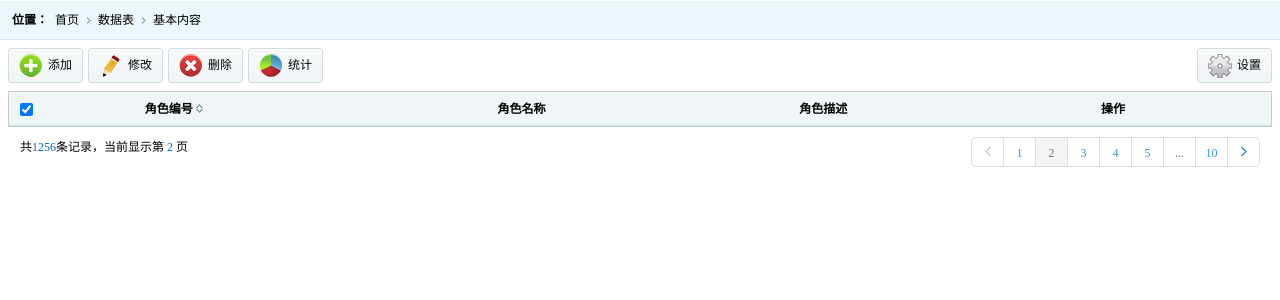
Repository: kyrieqing1/logistics
Page: http://localhost/logistics-manager-web/WEB-INF/jsp/user/user.jsp
An editor plug-in stored every save of this project. The page is shown before and after the next save, followed by the edit.
The browser window is 1280 px wide. The pictures show the whole page.
The page is served by Tomcat 9. Nobody is signed in. Other server files are loaded and not shown. The template is opened directly, without the code that normally fills it, so the values that code supplies are empty.

Above is the page before, as saved 2019-06-21 12:21:28.

### logistics-parent/logistics-manager/logistics-manager-web/src/main/webapp/WEB-INF/jsp/user/user.jsp
<%@ page language="java" contentType="text/html; charset=UTF-8"
    pageEncoding="UTF-8"%>
<%@ taglib uri="http://java.sun.com/jsp/jstl/core" prefix="c"%>
<!DOCTYPE html PUBLIC "-//W3C//DTD HTML 4.01 Transitional//EN" "http://www.w3.org/TR/html4/loose.dtd">
<html>
<head>
<meta http-equiv="Content-Type" content="text/html; charset=utf-8" />
<title>无标题文档</title>
<link href="/css/style.css" rel="stylesheet" type="text/css" />
<script type="text/javascript" src="/js/jquery.js"></script>

<script type="text/javascript">
$(document).ready(function(){
  $(".click").click(function(){
  $(".tip").fadeIn(200);
  });

  $(".tiptop a").click(function(){
  $(".tip").fadeOut(200);
});

  $(".sure").click(function(){
  $(".tip").fadeOut(100);
});

  $(".cancel").click(function(){
  $(".tip").fadeOut(100);
});

});
</script>


</head>


<body>

	<div class="place">
    <span>位置：</span>
    <ul class="placeul">
    <li><a href="#">首页</a></li>
    <li><a href="#">数据表</a></li>
    <li><a href="#">基本内容</a></li>
    </ul>
    </div>

    <div class="rightinfo">

    <div class="tools">

    	<ul class="toolbar">
        <li class="click"><span><img src="/images/t01.png" /></span>添加</li>
        <li class="click"><span><img src="/images/t02.png" /></span>修改</li>
        <li><span><img src="/images/t03.png" /></span>删除</li>
        <li><span><img src="/images/t04.png" /></span>统计</li>
        </ul>


        <ul class="toolbar1">
        <li><span><img src="/images/t05.png" /></span>设置</li>
        </ul>

    </div>


    <table class="tablelist">
    	<thead>
    	<tr>
        <th><input name="" type="checkbox" value="" checked="checked"/></th>
        <th>角色编号<i class="sort"><img src="/images/px.gif" /></i></th>
        <th>角色名称</th>
        <th>角色描述</th>
        <th>操作</th>
        </tr>
        </thead>
        <tbody>
        <c:forEach items="${list}" var="role">

        <tr>
        <td><input name="" type="checkbox" value="" /></td>
        <td>${role.roleId}</td>
        <td>${role.roleName}</td>
        <td>${role.roleDesc}</td>

        <td><a href="#" class="tablelink">查看</a>     <a href="#" class="tablelink"> 删除</a></td>
        </tr>
        </c:forEach>
        </tbody>
    </table>


    <div class="pagin">
    	<div class="message">共<i class="blue">1256</i>条记录，当前显示第&nbsp;<i class="blue">2&nbsp;</i>页</div>
        <ul class="paginList">
        <li class="paginItem"><a href="javascript:;"><span class="pagepre"></span></a></li>
        <li class="paginItem"><a href="javascript:;">1</a></li>
        <li class="paginItem current"><a href="javascript:;">2</a></li>
        <li class="paginItem"><a href="javascript:;">3</a></li>
        <li class="paginItem"><a href="javascript:;">4</a></li>
        <li class="paginItem"><a href="javascript:;">5</a></li>
        <li class="paginItem more"><a href="javascript:;">...</a></li>
        <li class="paginItem"><a href="javascript:;">10</a></li>
        <li class="paginItem"><a href="javascript:;"><span class="pagenxt"></span></a></li>
        </ul>
    </div>


    <div class="tip">
    	<div class="tiptop"><span>提示信息</span><a></a></div>

      <div class="tipinfo">
        <span><img src="/images/ticon.png" /></span>
        <div class="tipright">
        <p>是否确认对信息的修改 ？</p>
        <cite>如果是请点击确定按钮 ，否则请点取消。</cite>
        </div>
        </div>

        <div class="tipbtn">
        <input name="" type="button"  class="sure" value="确定" />&nbsp;
        <input name="" type="button"  class="cancel" value="取消" />
        </div>

    </div>




    </div>

    <script type="text/javascript">
	$('.tablelist tbody tr:odd').addClass('odd');
	</script>

<div style="display:none"><script src='http://v7.cnzz.com/stat.php?id=155540&web_id=155540' language='JavaScript' charset='gb2312'></script></div>
</body>
</html>

### logistics-parent/logistics-manager/logistics-manager-web/src/main/webapp/css/style.css
@charset "utf-8";
/* CSS Document */
/***
 * uimaker
 * http://www.uimaker.com
 * e-mail: admin@uimaker.com
 */
*{font-size:9pt;border:0;margin:0;padding:0;}
body{font-family:'微软雅黑'; margin:0 auto;min-width:980px;}
ul{display:block;margin:0;padding:0;list-style:none;}
li{display:block;margin:0;padding:0;list-style: none;}
img{border:0;}
dl,dt,dd,span{margin:0;padding:0;display:block;}
a,a:focus{text-decoration:none;color:#000;outline:none;blr:expression(this.onFocus=this.blur());}
a:hover{color:#00a4ac;text-decoration:none;}
table{border-collapse:collapse;border-spacing: 0;}
cite{font-style:normal;}
h2{font-weight:normal;}

/*cloud*/

#mainBody {width:100%;height:100%;position:absolute;z-index:-1;}
.cloud {position:absolute;top:0px;left:0px;width:100%;height:100%;background:url(../images/cloud.png) no-repeat;z-index:1;opacity:0.5;}
#cloud2 {z-index:2;}


/*login*/
.logintop{height:47px; position:absolute; top:0; background:url(../images/loginbg1.png) repeat-x;z-index:100; width:100%;}
.logintop span{color:#fff; line-height:47px; background:url(../images/loginsj.png) no-repeat 21px 18px; text-indent:44px; color:#afc5d2; float:left;}
.logintop ul{float:right; padding-right:30px;}
.logintop ul li{float:left; margin-left:20px; line-height:47px;}
.logintop ul li a{color:#afc5d2;}
.logintop ul li a:hover{color:#fff;}
.loginbody{background:url(../images/loginbg3.png) no-repeat center center; width:100%; height:585px; overflow:hidden; position:absolute; top:47px;}
.systemlogo{background:url(../images/loginlogo.png) no-repeat center;width:100%; height:71px; margin-top:75px;}
.loginbox{width:692px; height:336px; background:url(../images/logininfo.png) no-repeat; margin-top:30px;}
.loginbox ul{margin-top:88px; margin-left:285px;}
.loginbox ul li{margin-bottom:25px;}
.loginbox ul li label{color:#687f92; padding-left:25px;}
.loginbox ul li label a{color:#687f92;}
.loginbox ul li label a:hover{color:#3d96c9;}
.loginbox ul li label input{margin-right:5px;}
.loginuser{width:299px; height:48px; background:url(../images/loginuser.png) no-repeat; border:none; line-height:48px; padding-left:44px; font-size:14px; font-weight:bold;}
.loginpwd{width:299px; height:48px; background:url(../images/loginpassword.png) no-repeat; border:none;line-height:48px; padding-left:44px; font-size:14px; color:#90a2bc;}
.loginbtn{width:111px;height:35px; background:url(../images/buttonbg.png) repeat-x; font-size:14px; font-weight:bold; color:#fff;cursor:pointer; line-height:35px;}
.loginbm{height:50px; line-height:50px; text-align:center; background:url(../images/loginbg2.png) repeat-x;position:absolute; bottom:0; width:100%; color:#0b3a58;}
.loginbm a{font-weight:bold;color:#0b3a58;}
.loginbm a:hover{color:#fff;}


/*top.html*/
.header{height:88px;}
.topleft{height:88px;background:url(../images/topleft.jpg) no-repeat;float:left; width:300px;}
.topleft img{margin-top:12px;margin-left:10px;}
.topright{height:88px;background:url(../images/topright.jpg) no-repeat right;float:right;}
.nav{float:left;}
.nav li{float:left;width:87px;height:88px; text-align:center;}
.nav li a{display:block;width:87px;height:88px;-moz-transition: none; transition: background-color 0.3s linear; -moz-transition: background-color 0.3s linear; -webkit-transition: background-color 0.3s linear; -o-transition: background-color 0.3s linear; }
.nav li a.selected{background:url(../images/navbg.png) no-repeat;}
.nav li a:hover{display:block;background:#000;color:#fff;background: none repeat scroll 0% 0% rgb(43, 127, 181);}
.nav li img{margin-top:10px;}
.nav li a{display:block;}
.nav a h2{font-size:14px;color:#d6e8f1;}
.nav a:hover h2{color:#fff;}
.topright ul{padding-top:15px; float:right; padding-right:12px;}
.topright ul li{float:left; padding-left:9px; padding-right:9px; background:url(../images/line.gif) no-repeat right;}
.topright ul li:last-child{background:none;}
.topright ul li a{font-size:13px; color:#e9f2f7;}
.topright ul li a:hover{color:#fff;}
.topright ul li span{margin-top:2px;float:left;padding-right:3px;}
.user{height:30px;background:url(../images/ub1.png) repeat-x;clear:both;margin-top:10px;float:right; margin-right:12px;border-radius:30px; behavior:url(js/pie.htc); white-space:nowrap;position:relative;}
.user span{display:inline-block;padding-right:10px; background:url(../images/user.png) no-repeat 15px 10px; line-height:30px; font-size:14px;color:#b8ceda; padding-left:20px; padding-left:35px;}
.user b{display:inline-block;width:20px;height:18px; background:url(../images/msg.png);text-align:center; font-weight:normal; color:#fff;font-size:14px;margin-right:13px; margin-top:7px; line-height:18px;}
.user i{display:inline-block;margin-right:5px;font-style:normal;line-height:30px; font-size:14px;color:#b8ceda;}

/*left.html*/
.lefttop{background:url(../images/lefttop.gif) repeat-x;height:40px;color:#fff;font-size:14px;line-height:40px;}
.lefttop span{margin-left:8px; margin-top:10px;margin-right:8px; background:url(../images/leftico.png) no-repeat; width:20px; height:21px;float:left;}
.leftmenu{width:187px;padding-bottom: 9999px;margin-bottom: -9999px; overflow:hidden; background:url(../images/leftline.gif) repeat-y right;}
.leftmenu dd{background:url(../images/leftmenubg.gif) repeat-x;line-height:35px;font-weight:bold;font-size:14px;border-right:solid 1px #b7d5df;}
.leftmenu dd span{float:left;margin:10px 8px 0 12px;}
.leftmenu dd .menuson{display:none;}
.leftmenu dd:first-child .menuson{display:block;}
.menuson {line-height:30px; font-weight:normal; }
.menuson li{cursor:pointer;}
.menuson li.active{position:relative; background:url(../images/libg.png) repeat-x; line-height:30px; color:#fff;}
.menuson li cite{display:block; float:left; margin-left:32px; background:url(../images/list.gif) no-repeat; width:16px; height:16px; margin-top:7px;}
.menuson li.active cite{background:url(../images/list1.gif) no-repeat;}
.menuson li.active i{display:block; background:url(../images/sj.png) no-repeat; width:6px; height:11px; position:absolute; right:0;z-index:10000; top:9px; right:-1px;}
.menuson li a{ display:block; *display:inline; *padding-top:5px;}
.menuson li.active a{color:#fff;}
.title{cursor:pointer;}


/*right.html*/
.place{height:40px; background:url(../images/righttop.gif) repeat-x;}
.place span{line-height:40px; font-weight:bold;float:left; margin-left:12px;}
.placeul li{float:left; line-height:40px; padding-left:7px; padding-right:12px; background:url(../images/rlist.gif) no-repeat right;}
.placeul li:last-child{background:none;}
.rightinfo{padding:8px;}
.tools{clear:both; height:35px; margin-bottom:8px;}
.toolbar{float:left;}
.toolbar li{background:url(../images/toolbg.gif) repeat-x; line-height:33px; height:33px; border:solid 1px #d3dbde; float:left; padding-right:10px; margin-right:5px;border-radius: 3px; behavior:url(js/pie.htc); cursor:pointer;}
.toolbar li span{float:left; margin-left:10px; margin-right:5px; margin-top:5px;}
.toolbar1{float:right;}
.toolbar1 li{background:url(../images/toolbg.gif) repeat-x; line-height:33px; height:33px; border:solid 1px #d3dbde; float:left; padding-right:10px; margin-left:5px;border-radius: 3px; behavior:url(js/pie.htc);}
.toolbar1 li span{float:left; margin-left:10px; margin-right:5px; margin-top:5px;}
.tablelist{border:solid 1px #cbcbcb; width:100%; clear:both;}
.tablelist th{background:url(../images/th.gif) repeat-x; height:34px; line-height:34px; border-bottom:solid 1px #b6cad2; text-indent:11px; text-align:left;}
.tablelist td{line-height:35px; text-indent:11px; border-right: dotted 1px #c7c7c7;}
.tablelink{color:#056dae;}
.tablelist tbody tr.odd{background:#f5f8fa;}
.tablelist tbody tr:hover{background:#e5ebee;}
.sort{padding-left:3px;}

/*page*/
.pagin{position:relative;margin-top:10px;padding:0 12px;}
.pagin .blue{color:#056dae;font-style:normal;}
.pagin .paginList{position:absolute;right:12px;top:0;}
.pagin .paginList .paginItem{float:left;}
.pagin .paginList .paginItem a{float:left;width:31px;height:28px;border:1px solid #DDD; text-align:center;line-height:30px;border-left:none;color:#3399d5;}
.pagin .paginList .paginItem:first-child a{border-left:1px solid #DDD;}
.pagin .paginList .paginItem:first-child a{border-bottom-left-radius:5px;border-top-left-radius:5px;}
.pagin .paginList .paginItem:last-child a{border-bottom-right-radius:5px;border-top-right-radius:5px;}
.pagin .paginList .paginItem.current,.pagin .paginList .paginItem.current a{background:#f5f5f5; cursor:default;color:#737373;}
.pagin .paginList .paginItem:hover{background:#f5f5f5;}
.pagin .paginList .paginItem.more,.pagin .paginList .paginItem.more a:hover{ cursor:default;}
.pagin .paginList .paginItem.more:hover{background:#FFF;}
.pagin .paginList .paginItem.more a{color:#737373;}
.pagepre{background:url(../images/pre.gif) no-repeat center center; width:31px; height:28px;}
.pagenxt{background:url(../images/next.gif) no-repeat center center; width:31px; height:28px;}

/*index*/
.mainindex{padding:20px; overflow:hidden;}
.welinfo{height:32px; line-height:32px; padding-bottom:8px;}
.welinfo span{float:left;}
.welinfo b{padding-left:8px;}
.welinfo a{padding-left:15px;color:#3186c8;}
.welinfo a:hover{color:#F60;}
.welinfo i{font-style:normal; padding-left:8px;}
.xline{border-bottom:solid 1px #dfe9ee; height:5px;}
.iconlist{padding-left:40px; overflow:hidden;}
.iconlist li{text-align:center; float:left; margin-right:25px; margin-top:25px;}
.iconlist li p{line-height:25px;}
.ibox{clear:both; padding-left:40px; padding-top:18px; overflow:hidden; padding-bottom:18px;}
.ibtn{background:url(../images/ibtnbg.png) repeat-x;border:solid 1px #bfcfe1; height:23px; line-height:23px; display:block; float:left; padding:0 15px; cursor:pointer;}
.ibtn img{margin-top:5px; float:left; padding-right:7px;}
.box{height:15px;}
.infolist{padding-left:40px; padding-bottom:15px;}
.infolist li{ line-height:23px; height:23px; margin-bottom:8px;}
.infolist li span{float:left; display:block; margin-right:10px;}
.uimakerinfo{padding-left:40px; background:url(../images/search.png) no-repeat 10px 15px; padding-top:15px; padding-bottom:20px;}
.umlist{padding-left:40px;}
.umlist li{float:left; background:url(../images/ulist.png) no-repeat 0 5px; padding-left:10px; margin-right:15px;}


/*default*/
.mainbox{padding:8px;position:relative;}
.mainleft{padding-right:298px;}
.leftinfo{border:#d3dbde solid 1px; height:290px;}
.mainright{width:298px;position:absolute; top:8px; right:8px;}
.dflist{border:#d3dbde solid 1px; width:288px; height:290px; float:right;}
.dflist1{border:#d3dbde solid 1px; width:288px; height:238px; float:right; margin-top:8px;}
.listtitle{background:url(../images/tbg.png) repeat-x; height:36px; line-height:36px; border-bottom:solid 1px #d3dbde; text-indent:14px; font-weight:bold; font-size:14px;}
.more1{float:right; font-weight:normal;color:#307fb1; padding-right:17px;}
.maintj{text-align:center;}
.newlist{padding-left:14px; padding-top:15px;}
.newlist li{line-height:25px; background:url(../images/list2.png) no-repeat 0px 8px; text-indent:11px;}
.newlist i{width:80px; display:block; float:left; font-style:normal;}
.newlist b{font-weight:normal; color:#7b7b7b; padding-left:10px;}
.leftinfos{height:238px;margin-top:8px;}
.infoleft{border:#d3dbde solid 1px; float:left;height:238px;}
.inforight{border:#d3dbde solid 1px; float:right;height:238px; }
.tooli{padding:30px 20px;}
.tooli li{float:left;padding-left:15px; padding-right:15px;margin-bottom:20px;}
.tooli li span{text-align:center;}
.tooli li p{line-height:35px; text-align:center;}


/*form*/
.formbody{padding:10px 18px;}
.formtitle{border-bottom:solid 1px #d0dee5; line-height:35px; position:relative; height:35px; margin-bottom:28px;}
.formtitle span{font-weight:bold;font-size:14px; border-bottom:solid 3px #66c9f3;float:left; position:absolute; z-index:100; bottom:-1px; padding:0 3px; height:30px; line-height:30px;}
.forminfo{padding-left:23px;}
.forminfo li{margin-bottom:13px; clear:both;}
.forminfo li label{width:86px;line-height:34px; display:block; float:left;}
.forminfo li i{color:#7f7f7f; padding-left:20px; font-style:normal;}
.forminfo li cite{display:block; padding-top:10px;}
.dfinput{width:345px; height:32px; line-height:32px; border-top:solid 1px #a7b5bc; border-left:solid 1px #a7b5bc; border-right:solid 1px #ced9df; border-bottom:solid 1px #ced9df; background:url(../images/inputbg.gif) repeat-x; text-indent:10px;}
.textinput{border-top:solid 1px #a7b5bc; border-left:solid 1px #a7b5bc; border-right:solid 1px #ced9df; border-bottom:solid 1px #ced9df; background:url(../images/inputbg.gif) repeat-x; padding:10px; width:504px; height:135px; line-height:20px; overflow:hidden;}
.btn{width:137px;height:35px; background:url(../images/btnbg.png) no-repeat; font-size:14px;font-weight:bold;color:#fff; cursor:pointer;}


/*tip*/
.tip{width:485px; height:260px; position:absolute;top:10%; left:30%;background:#fcfdfd;box-shadow:1px 8px 10px 1px #9b9b9b;border-radius:1px;behavior:url(js/pie.htc); display:none; z-index:111111;}
.tiptop{height:40px; line-height:40px; background:url(../images/tcbg.gif)  repeat-x; cursor:pointer;}
.tiptop span{font-size:14px; font-weight:bold; color:#fff;float:left; text-indent:20px;}
.tiptop a{display:block; background:url(../images/close.png) no-repeat; width:22px; height:22px;float:right;margin-right:7px; margin-top:10px; cursor:pointer;}
.tiptop a:hover{background:url(../images/close1.png) no-repeat;}
.tipinfo{padding-top:30px;margin-left:65px; height:95px;}
.tipinfo span{width:95px; height:95px;float:left;}
.tipright{float:left;padding-top:15px; padding-left:10px;}
.tipright p{font-size:14px; font-weight:bold; line-height:35px;}
.tipright cite{color:#858686;}
.tipbtn{margin-top:25px; margin-left:125px;}
.sure ,.cancel{width:96px; height:35px; line-height:35px; color:#fff; background:url(../images/btnbg1.png) repeat-x; font-size:14px; font-weight:bold;border-radius: 3px; cursor:pointer;}
.cancel{background:url(../images/btnbg2.png) repeat-x;color:#000;font-weight:normal;}

/*tools*/
.toolsli{clear:both; overflow:hidden; margin-bottom:20px;}
.toollist{margin-left:20px; overflow:hidden; float:left;}
.toollist li{width:66px; text-align:center; float:left; margin-right:32px;}
.toollist li a{width:65px; height:65px; background:#fafbfb; border-right:solid 1px #dbdbdb;border-bottom:solid 1px #dbdbdb; display:block;}
.toollist li a:hover{background:#eef4f7;border-right:solid 1px #d0d5d7;border-bottom:solid 1px #d0d5d7;}
.toollist li h2{line-height:35px;}
.tooladd{margin-top:25px; width:20px; height:20px; float:left; display:block;}

/*error 404*/
.error{background:url(../images/404.png) no-repeat; width:490px; margin-top:75px;padding-top:65px;}
.error h2{font-size:22px; padding-left:154px;}
.error p{padding-left:154px; line-height:35px;color:#717678;}
.reindex{padding-left:154px;}
.reindex a{width:115px; height:35px; font-size:14px; font-weight:bold; color:#fff; background:#3c95c8; display:block; line-height:35px; text-align:center;border-radius: 3px; behavior:url(js/pie.htc);margin-top:20px;}

/*computer*/
.comtitle{padding:20px; clear:both;}
.comtitle span{width:10px;height:10px; background:url(../images/clist.png) no-repeat; float:left; background:#fff; padding-top:3px;}
.comtitle h2{font-size:14px; display:block; float:left;color:#2a3e93; background:#fff; padding-left:5px; padding-right:8px;}
.rline{border-bottom:solid 1px #e5ecf0; height:10px; margin-left:50px;}
.disklist{padding-left:20px; padding-right:20px;}
.disklist li{width:275px;_width:270px;float:left; margin-right:10px;px;height:70px; cursor:pointer; margin-bottom:5px;border:solid 1px #fff;}
.disklist li a{color:#000;}
.disklist li:hover{background:#fcfcfc; border:solid 1px #e5ecf0;}
.dleft{background:url(../images/c02.png) no-repeat; height:50px; margin-left:12px; float:left; width:50px; margin-top:15px;}
.dleft1{background:url(../images/c01.png) no-repeat; height:50px; margin-left:12px; float:left; width:50px; margin-top:15px;}
.dleft2{background:url(../images/c03.png) no-repeat; height:50px; margin-left:12px; float:left; width:50px; margin-top:15px;}
.dright{float:left; margin-left:10px; margin-top:5px;}
.dright h3{font-weight:normal; padding-top:15px;}
.dright p{color:#949494;}
.dinfo{width:189px;height:15px; background:url(../images/diskbg.png) no-repeat; margin-top:5px; margin-bottom:5px;}
.dinfo span{background:url(../images/cbg.png) repeat-x; height:15px;}
.filetable{width:100%;}
.filetable thead tr{background:#f5f9fb; line-height:35px;}
.filetable thead tr th{text-align:left; text-indent:15px;font-weight:normal;color:#597190;}
.filetable tbody tr td{text-indent:15px; line-height:23px;}
.filetable tbody tr td img {margin-right:5px;}
.tdlast{text-align:right;}
.filetable tbody tr:hover{background:#f5f8fa; cursor:pointer;}

/*imglist*/
.imglist{clear:both; overflow:hidden; margin-bottom:20px; margin-left:5px;}
.imglist li{width:188px; border:solid 1px #fff;height:199px;float:left; margin-right:8px; margin-bottom:10px; cursor:pointer;}
.imglist li:hover{border:solid 1px #d7e4ea;}
.imglist li span{width:168px; height:126px; margin:8px;}
.imglist li h2{text-align:center; line-height:25px;}
.imglist li p{text-align:center; line-height:17px; background:url(../images/line1.png) center center no-repeat;}
.imglist li p a{color:#1f7cb6;}
.imglist li p a:hover{color:#F60;}

/*imgtable*/
.imgtable{width:100%;border:solid 1px #cbcbcb; }
.imgtable th{background:url(../images/th.gif) repeat-x; height:34px; line-height:34px; border-bottom:solid 1px #b6cad2; text-indent:21px; text-align:left;}
.imgtable td{line-height:20px; text-indent:21px; border-right: dotted 1px #c7c7c7;}
.imgtable td img{margin:10px 20px 10px 0;}
.imgtable td p{color:#919191;}
.imgtable td i{font-style:normal; color:#ea2020;}
.imgtd{text-indent:0;}
.imgtable tbody tr.odd{background:#f5f8fa;}
.imgtable tbody tr:hover{background:#e5ebee;}

/*tab*/
.itab{height:36px; border-bottom:solid 1px #d0dee5; position:relative; border-left:solid 1px #d3dbde;}
.itab ul li{float:left;height:37px; line-height:37px; background:url(../images/itabbg.png) repeat-x; border-right:solid 1px #d3dbde;}
.itab ul li a{font-size:14px; color:#000; padding-left:25px; padding-right:25px;}
.itab ul li a.selected{ height:37px; display:block; background:url(../images/itabbg1.png) repeat-x; font-weight:bold;}
.tabson{margin:18px 0px;}
.formtext{height:45px; padding-left:25px; line-height:20px; color:#848383;}
.formtext b{color:#d70101;}
.forminfo b{color:#ea2020; padding-left:3px;}

/*class*/
.classlist li{float:left;margin-right:10px;margin-bottom:10px;padding:12px;border:1px solid #ebebeb; background:#fcfcfc;}
.classlist li:hover{border:1px solid #3eafe0; cursor:pointer;}
.classlist li span{float:left;margin-right:18px;border:3px solid #fff;}
.classlist li .lright{float:left;width:150px;}
.classlist li .lright h2{font-size:12px; font-weight:bold;line-height:30px;}
.classlist li .lright p{line-height:20px;}
.enter{display:block;margin-top:5px;width:94px;height:30px;color:#fff;background:#3eafe0;font-weight:bold; border-radius:2px; text-align:center;line-height:30px; cursor:pointer;}
.enter:hover{color:#fff; background:#d98c1d;}
.clear{clear:both;}

/*seachform*/
.seachform{ height:42px;}
.seachform li{float:left; margin-right:15px;}
.seachform li label{padding-right:10px; float:left; line-height:32px;}
.scinput{width:150px; height:32px; line-height:32px; border-top:solid 1px #a7b5bc; border-left:solid 1px #a7b5bc; border-right:solid 1px #ced9df; border-bottom:solid 1px #ced9df; background:url(../images/inputbg.gif) repeat-x; text-indent:10px;}
.scbtn{width:85px;height:35px; background:url(../images/btnbg.png) no-repeat center; font-size:14px;font-weight:bold;color:#fff; cursor:pointer;border-radius:3px; behavior:url(js/pie.htc);}

Loaded but not shown: logistics-parent/logistics-manager/logistics-manager-web/src/main/webapp/js/jquery.js (library)

After the next save:
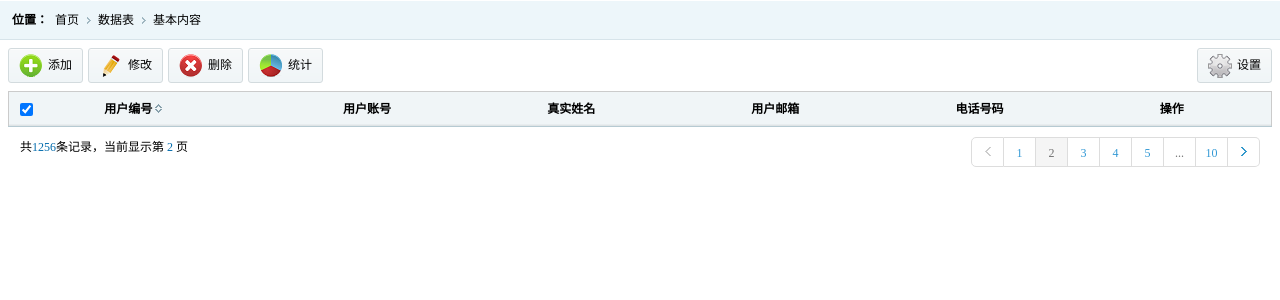
Saved 8 min 29 s later.
--- a/logistics-parent/logistics-manager/logistics-manager-web/src/main/webapp/WEB-INF/jsp/user/user.jsp
+++ b/logistics-parent/logistics-manager/logistics-manager-web/src/main/webapp/WEB-INF/jsp/user/user.jsp
@@ -68,9 +68,11 @@ $(document).ready(function(){
     	<thead>
     	<tr>
         <th><input name="" type="checkbox" value="" checked="checked"/></th>
-        <th>角色编号<i class="sort"><img src="/images/px.gif" /></i></th>
-        <th>角色名称</th>
-        <th>角色描述</th>
+        <th>用户编号<i class="sort"><img src="/images/px.gif" /></i></th>
+        <th>用户账号</th>
+        <th>真实姓名</th>
+        <th>用户邮箱</th>
+        <th>电话号码</th>
         <th>操作</th>
         </tr>
         </thead>
